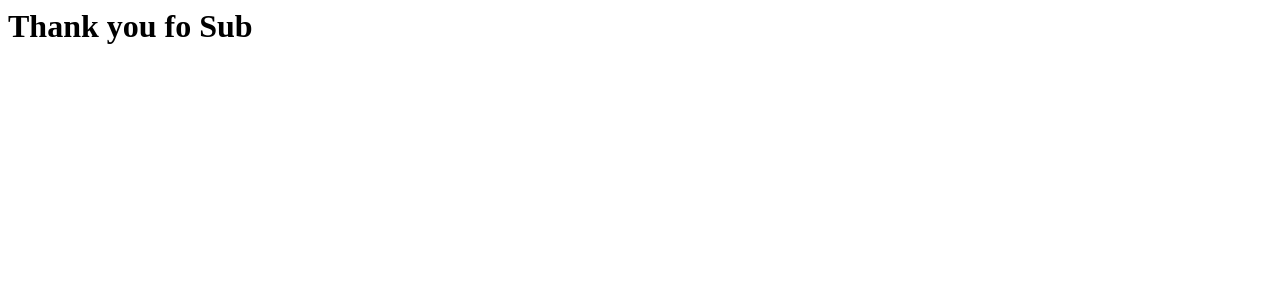
Repository: Aditya-work/GitHome
Page: thankyou.html
These files come from the project's save history. The page is drawn as it stood at one moment and after a run of saves; the edit follows.
The browser window is 1280 px wide. The pictures show the whole page.

Above is the page before, as saved 2020-06-02 20:45:39.

### thankyou.html
<html>
    <head><title>Thank you for Submmitting</title></head>
    <body>
        <h1>Thank you fo Sub</h1>
    </body>
</html>

After the next 2 saves:
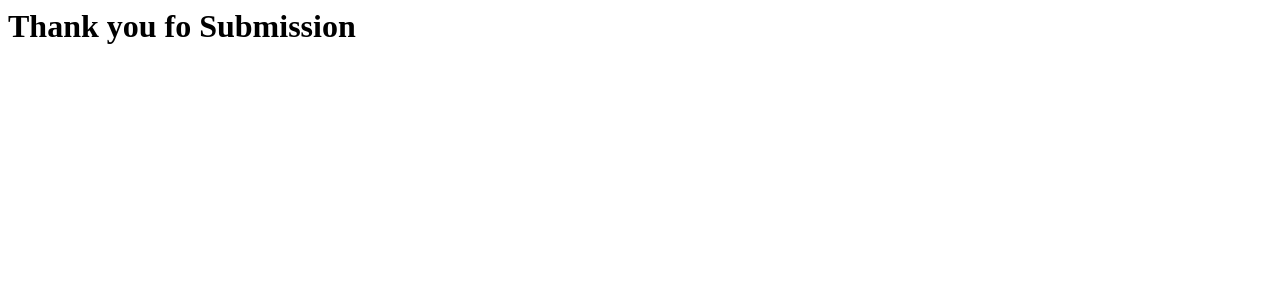
The 2 saves are shown as one change because they came seconds apart.
The last was saved 15 s later.
--- a/thankyou.html
+++ b/thankyou.html
@@ -1,6 +1,6 @@
 <html>
     <head><title>Thank you for Submmitting</title></head>
     <body>
-        <h1>Thank you fo Sub</h1>
+        <h1>Thank you fo Submission</h1>
     </body>
 </html>
